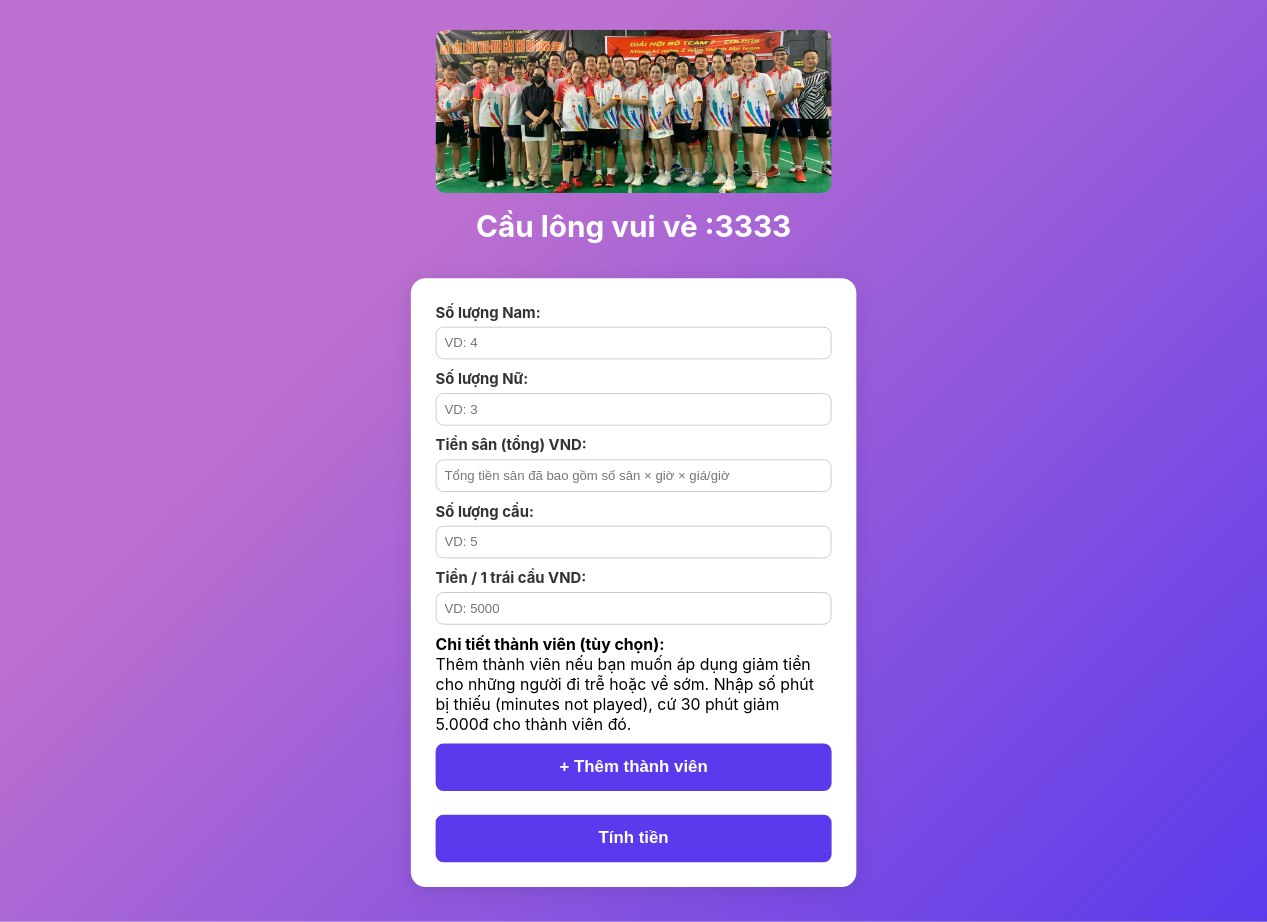
Repository: LuongPTCE181311/Badminton
Page: index.html
The author's editor kept a copy of each file at every save. The page is drawn from the files as they stood at one save, then again after the next save.
The browser window is 1280 px wide. The pictures show the whole page, at 99% of full size.

Above is the page before, as saved 2025-12-09 13:30:40.

### index.html
<!DOCTYPE html>
<html lang="vi">

<head>
    <meta charset="UTF-8" />
    <meta name="viewport" content="width=device-width, initial-scale=1.0" />
    <title>Tính Tiền Sân Cầu Lông</title>
    <link rel="stylesheet" href="assets/css/style.css" />
</head>

<body>
    <div class="hero">
        <img src="assets/images/Caulongvuive.jpg" id="img" class="hero-img" alt="Group" />
        <h1 class="title">Cầu lông vui vẻ :3333</h1>
    </div>

    <div class="container">
        <form id="calcForm" onsubmit="return false;">
            <div class="form-group">
                <label>Số lượng Nam:</label>
                <input type="number" id="men" min="0" placeholder="VD: 4" />
                <span class="error" id="men_err"></span>
            </div>

            <div class="form-group">
                <label>Số lượng Nữ:</label>
                <input type="number" id="women" min="0" placeholder="VD: 3" />
                <span class="error" id="women_err"></span>
            </div>

            <div class="form-group">
                <label>Tiền sân (tổng) VND:</label>
                <input type="number" id="courtTotal" min="0"
                    placeholder="Tổng tiền sân đã bao gồm số sân × giờ × giá/giờ" />
                <span class="error" id="courtTotal_err"></span>
            </div>

            <div class="form-group">
                <label>Số lượng cầu:</label>
                <input type="number" id="shuttleCount" min="0" placeholder="VD: 5" />
                <span class="error" id="shuttleCount_err"></span>
            </div>

            <div class="form-group">
                <label>Tiền / 1 trái cầu VND:</label>
                <input type="number" id="pricePerShuttle" min="0" placeholder="VD: 5000" />
                <span class="error" id="pricePerShuttle_err"></span>
            </div>

            <div class="section">
                <strong>Chi tiết thành viên (tùy chọn):</strong>
                <div class="note">Thêm thành viên nếu bạn muốn áp dụng giảm tiền cho những người đi trễ hoặc về sớm.
                    Nhập số phút bị thiếu (minutes not played), cứ 30 phút giảm 5.000đ cho thành viên đó.</div>
                <div id="memberContainer" class="member-list"></div>
                <button type="button" id="addMemberBtn" class="btn">+ Thêm thành viên</button>
            </div>

            <div style="margin-top:14px;">
                <button type="button" id="calculateBtn" class="btn">Tính tiền</button>
            </div>
        </form>
    </div>

    <!-- Modal -->
    <div id="resultModal" class="modal hidden">
        <div class="modal-overlay"></div>
        <div class="modal-content">
            <button id="closeModal" class="modal-close">×</button>
            <h2>Kết Quả Tính Tiền</h2>
            <div id="result"></div>
            <div style="text-align:right; margin-top:12px;"><button id="closeModalBtn" class="btn">Đóng</button></div>
        </div>
    </div>

    <script src="assets/js/main.js"></script>
</body>

</html>

### assets/css/style.css
* {
  box-sizing: border-box;
}

body {
  margin: 0;
  padding: 10px;
  font-family: -apple-system, BlinkMacSystemFont, "Segoe UI", Roboto,
    "Helvetica Neue", Arial, sans-serif;
  background: linear-gradient(135deg, #bc70cf 30%, #5a3aec 100%);
  min-height: 100vh;
}

.hero {
  text-align: center;
  padding-top: 20px;
  max-width: 100%;
  overflow: hidden;
}

.hero-img {
  width: 100%;
  max-width: 400px;
  height: auto;
  display: block;
  margin: 0 auto 15px auto;
  border-radius: 10px;
  object-fit: cover;
}

.close-btn {
  padding: 12px;
  font-size: 15px;
  border-radius: 10px;
  width: 100%;
  margin-top: 3%;
  background-color: #bd5ad6;
  border: none;
  outline: none;
  color: white;
}

.title {
  font-size: clamp(24px, 5vw, 30px);
  font-weight: bold;
  color: white;
  margin: 10px 0;
  text-shadow: 2px 2px 4px rgba(0, 0, 0, 0 3);
  padding: 0 15px;
}

.container {
  width: calc(100% - 20px);
  max-width: 450px;
  margin: 25px auto;
  background-color: white;
  padding: 25px;
  border-radius: 15px;
  box-shadow: 0 4px 20px rgba(0, 0, 0, 0.1);
}

label {
  font-weight: 700;
  display: block;
  margin-bottom: 5px;
  font-size: 15px;
  color: #333;
}

input {
  width: 100%;
  padding: 8px 8px;
  background: white;
  border-radius: 8px;
  border: 1px solid #ccc;
  transition: 0.3s;
  -webkit-appearance: none;
  appearance: none;
}

input:focus {
  outline: none;
  border-color: #1e88e5;
  box-shadow: 0 0 0 3px rgba(30, 136, 229, 0.1);
}

input.error-border {
  border-color: #e53935 !important;
}

.error {
  font-size: 12px;
  color: #d84747;
  font-weight: 600;
  display: block;
  min-height: 10px;
}

.btn {
  width: 100%;
  padding: 14px;
  background: #5a3aec;
  color: white;
  font-size: 17px;
  font-weight: 600;
  border: none;
  border-radius: 8px;
  cursor: pointer;
  transition: background 0.3s, transform 0.1s;
  margin-top: 10px;
}

.btn:hover {
  background: #3c22b3;
}

.btn:active {
  transform: scale(0.98);
}

.modal {
  position: fixed;
  inset: 0;
  background: rgba(0, 0, 0, 0.5);
  display: flex;
  justify-content: center;
  align-items: center;
  z-index: 1000;
  padding: 20px;
}

.hidden {
  display: none !important;
}

.modal-content {
  background: white;
  padding: 25px;
  width: calc(100% - 40px);
  max-width: 400px;
  border-radius: 15px;
  text-align: left;
  box-shadow: 0 4px 15px rgba(0, 0, 0, 0.2);
  max-height: 90vh;
  overflow-y: auto;
}

.modal-content h2 {
  margin-top: 0;
  margin-bottom: 20px;
  text-align: center;
  color: #333;
  font-size: clamp(20px, 4vw, 24px);
}

#result {
  line-height: 1.8;
  font-size: 14px;
  color: #555;
}

#result b {
  color: #333;
}

. close-btn {
  margin-top: 20px;
  background: #e53935;
  color: white;
  padding: 12px;
  width: 100%;
  border: none;
  border-radius: 8px;
  cursor: pointer;
  font-size: 16px;
  font-weight: 600;
  transition: background 0.3s, transform 0.1s;
}

.close-btn:hover {
  background: #d32f2f;
}

. close-btn:active {
  transform: scale(0.98);
}

/* Tablet devices */
@media screen and (max-width: 768px) {
  body {
    padding: 10px;
  }

  . container {
    width: calc(100% - 20px);
    margin: 20px auto;
    padding: 20px;
  }

  . hero {
    padding: 15px 0;
  }

  .hero-img {
    max-width: 350px;
  }
}

/* Mobile devices */
@media screen and (max-width: 480px) {
  body {
    padding: 10px;
  }

  .container {
    width: calc(100% - 20px);
    margin: 0 auto;
    padding: 20px 15px;
    border-radius: 12px;
  }

  .hero {
    padding: 5px 0;
  }

  .hero-img {
    max-width: 100%;
    width: calc(100% - 20px);
    margin: 0 auto 10px auto;
  }

  .title {
    font-size: 22px;
    padding: 0 10px;
  }

  .error {
    font-size: 12px;
    color: #d84747;
    font-weight: 600;
    display: block;
    margin-top: 5px;
    min-height: 10px;
  }

  label {
    font-size: 14px;
  }

  input {
    width: 100%;
    padding: 9px;
    background: rgba(255, 255, 255, 0.6) !important;
    border-radius: 8px;
    border: 1px solid #ccc;
    transition: 0.3s;
    -webkit-appearance: none;
    appearance: none;
  }

  .btn {
    padding: 14px;
    font-size: 16px;
  }

  . modal {
    padding: 15px;
  }

  .modal-content {
    width: calc(100% - 30px);
    padding: 20px;
    border-radius: 12px;
  }

  .modal-content h2 {
    font-size: 20px;
    margin-bottom: 15px;
  }

  #result {
    font-size: 13px;
    line-height: 1.7;
  }

  .close-btn {
    padding: 12px;
    font-size: 15px;
    border-radius: 10px;
    width: 100%;
    margin-top: 3%;
    background-color: #bd5ad6;
    border: none;
    outline: none;
    color: white;
  }
}

/* Very small mobile devices */
@media screen and (max-width: 360px) {
  body {
    padding: 8px;
  }

  . container {
    width: calc(100% - 16px);
    padding: 15px 12px;
  }

  . title {
    font-size: 22px;
  }

  . hero-img {
    width: calc(100% - 16px);
  }

  input {
    width: 100%;
    padding: 12px;
    background: rgba(255, 255, 255, 0.6) !important;
    border-radius: 8px;
    border: 1px solid #ccc;
    transition: 0.3s;
    -webkit-appearance: none;
    appearance: none;
  }

  .btn {
    padding: 12px;
    font-size: 15px;
  }

  .modal-content {
    width: calc(100% - 24px);
    padding: 15px;
  }

  #result {
    font-size: 12px;
  }
}

/* Landscape orientation on mobile */
@media screen and (max-height: 600px) and (orientation: landscape) {
  body {
    padding: 5px;
  }

  . hero {
    padding: 5px 0;
  }

  .hero-img {
    max-width: 200px;
    max-height: 120px;
    margin-bottom: 5px;
  }

  .title {
    font-size: 18px;
    margin: 5px 0;
  }

  .container {
    margin: 10px auto;
    width: calc(100% - 10px);
    max-width: 600px;
  }

  . modal-content {
    max-height: 85vh;
  }
}

### assets/js/main.js
// ====== VALIDATE ======
function setError(id, msg) {
  const el = document.getElementById(id + "_err");
  if (el) el.innerText = msg;
}
function clearError(id) {
  const el = document.getElementById(id + "_err");
  if (el) el.innerText = "";
}
function validateField(id) {
  const el = document.getElementById(id);
  if (!el) return true;
  const value = el.value.trim();
  switch (id) {
    case "men":
    case "women":
      if (value === "" || isNaN(value) || parseInt(value) < 0) {
        setError(id, "Giá trị phải ≥ 0");
        return false;
      }
      const men = parseInt(document.getElementById("men").value) || 0;
      const women = parseInt(document.getElementById("women").value) || 0;
      if (men === 0 && women === 0) {
        setError(id, "Nam + Nữ phải ≥ 1");
        return false;
      }
      break;

    case "courtTotal":
      if (value === "" || isNaN(value) || parseInt(value) < 0) {
        setError(id, "Tiền sân phải ≥ 0");
        return false;
      }
      break;

    case "shuttleCount":
      if (value === "" || isNaN(value) || parseInt(value) < 0) {
        setError(id, "Số lượng cầu phải ≥ 0");
        return false;
      }
      break;

    case "pricePerShuttle":
      if (value === "" || isNaN(value) || parseInt(value) < 0) {
        setError(id, "Tiền 1 trái cầu phải ≥ 0");
        return false;
      }
      break;

    default:
      break;
  }
  clearError(id);
  return true;
}

["men", "women", "courtTotal", "shuttleCount", "pricePerShuttle"].forEach(
  (id) => {
    const el = document.getElementById(id);
    if (!el) return;
    el.addEventListener("input", () => {
      validateField(id);
      if (id === "men" || id === "women") {
        const otherId = id === "men" ? "women" : "men";
        validateField(otherId);
      }
    });
  }
);

// ====== UTILS ======
function roundUpToThousand(num) {
  return Math.ceil(num / 1000) * 1000;
}

// ====== TỐI ƯU CHIA (CHÊNH LỆCH MẶC ĐỊNH 5k) ======
function findOptimalSplit(total, men, women) {
  const targetDiff = 5000; // 5k
  let perWomanRaw = (total - targetDiff * men) / (men + women);
  let perWoman = roundUpToThousand(perWomanRaw);
  let perMan = roundUpToThousand(perWoman + targetDiff);
  if (perMan - perWoman < targetDiff) {
    perMan = perWoman + targetDiff;
    perMan = roundUpToThousand(perMan);
  }
  let actualTotal = perMan * men + perWoman * women;
  while (actualTotal < total) {
    perWoman += 1000;
    perMan = perWoman + targetDiff;
    perWoman = roundUpToThousand(perWoman);
    perMan = roundUpToThousand(perMan);
    actualTotal = perMan * men + perWoman * women;
    if (perWoman > total + 1000000) break;
  }
  return {
    perMan: perMan,
    perWoman: perWoman,
    actualTotal: actualTotal,
    genderDiff: perMan - perWoman,
  };
}

// ====== MEMBER UI ======
let memberIdCounter = 0;
const memberContainer = document.getElementById("memberContainer");
document.getElementById("addMemberBtn").addEventListener("click", addMemberRow);
function addMemberRow(init = {}) {
  memberIdCounter++;
  const id = "member_" + memberIdCounter;
  const row = document.createElement("div");
  row.className = "member-row";
  row.id = id;
  row.innerHTML = `\n    <input class="small" type="text" placeholder="Tên (tùy chọn)" data-field="name" />\n    <select data-field="gender">\n      <option value="man">Nam</option>\n      <option value="woman">Nữ</option>\n    </select>\n    <input class="small" type="number" min="0" step="1" placeholder="Phút thiếu" data-field="minutes" />\n    <button type="button" class="remove-btn" title="Xóa">X</button>\n  `;
  memberContainer.appendChild(row);
  const btn = row.querySelector(".remove-btn");
  btn.addEventListener("click", () => row.remove());
  if (init.name) row.querySelector('[data-field="name"]').value = init.name;
  if (init.gender)
    row.querySelector('[data-field="gender"]').value = init.gender;
  if (init.minutes !== undefined)
    row.querySelector('[data-field="minutes"]').value = init.minutes;
}

// ====== MODAL HELPERS ======
function openModal() {
  document.getElementById("resultModal").classList.remove("hidden");
}
function closeModal() {
  document.getElementById("resultModal").classList.add("hidden");
}
document.getElementById("closeModal").addEventListener("click", closeModal);
document.getElementById("closeModalBtn").addEventListener("click", closeModal);

// ====== CALCULATE ======
document.getElementById("calculateBtn").addEventListener("click", function () {
  let ok = true;
  const ids = ["men", "women", "courtTotal", "shuttleCount", "pricePerShuttle"];
  ids.forEach((id) => {
    if (!validateField(id)) ok = false;
  });
  if (!ok) return;

  const men = parseInt(document.getElementById("men").value) || 0;
  const women = parseInt(document.getElementById("women").value) || 0;
  const courtTotal = parseInt(document.getElementById("courtTotal").value) || 0;
  const scount = parseInt(document.getElementById("shuttleCount").value) || 0;
  const pShut = parseInt(document.getElementById("pricePerShuttle").value) || 0;
  const shuttleCost = scount * pShut;
  const totalProjected = courtTotal + shuttleCost;

  let perMan = 0,
    perWoman = 0,
    actualTotal = 0;
  if (men > 0 && women > 0) {
    const solution = findOptimalSplit(totalProjected, men, women);
    perMan = solution.perMan;
    perWoman = solution.perWoman;
    actualTotal = solution.actualTotal;
  } else if (men > 0) {
    perMan = roundUpToThousand(totalProjected / men);
    actualTotal = perMan * men;
  } else {
    perWoman = roundUpToThousand(totalProjected / women);
    actualTotal = perWoman * women;
  }

  const memberRows = Array.from(
    memberContainer.querySelectorAll(".member-row")
  );
  const members = memberRows.map((r) => ({
    name: r.querySelector('[data-field="name"]').value || "",
    gender: r.querySelector('[data-field="gender"]').value,
    minutes: parseInt(r.querySelector('[data-field="minutes"]').value) || 0,
  }));

  let menRemaining = men;
  let womenRemaining = women;
  let adjustedTotal = 0;
  const memberResults = [];
  members.forEach((m) => {
    let base = m.gender === "man" ? perMan : perWoman;
    const steps = Math.floor(m.minutes / 30);
    const reduction = steps * 5000;
    const adjusted = Math.max(0, base - reduction);
    memberResults.push({
      name: m.name,
      gender: m.gender,
      base,
      minutes: m.minutes,
      reduction,
      adjusted,
    });
    adjustedTotal += adjusted;
    if (m.gender === "man") menRemaining--;
    else womenRemaining--;
  });

  adjustedTotal += menRemaining > 0 ? menRemaining * perMan : 0;
  adjustedTotal += womenRemaining > 0 ? womenRemaining * perWoman : 0;

  // Build modal content (remove "Tổng chia theo Nam/Nữ (sau làm tròn)" và "Danh sách thanh toán")
  let html = `<b>Chi tiết chi phí:</b><br>`;
  html += `• Tiền sân (tổng): ${courtTotal.toLocaleString("vi-VN")} VND<br>`;
  html += `• Tiền cầu: ${scount} × ${pShut.toLocaleString(
    "vi-VN"
  )}đ = ${shuttleCost.toLocaleString("vi-VN")} VND<br><br>`;
  html += `<b>Tổng dự kiến:</b> ${totalProjected.toLocaleString(
    "vi-VN"
  )} VND<br>`;
  html += `<b>Tiền mỗi Nam (base):</b> ${perMan.toLocaleString(
    "vi-VN"
  )} đ (x${men})<br>`;
  html += `<b>Tiền mỗi Nữ (base):</b> ${perWoman.toLocaleString(
    "vi-VN"
  )} đ (x${women})<br>`;
  html += `<b>Chênh lệch Nam/Nữ (base):</b> ${(
    perMan - perWoman
  ).toLocaleString("vi-VN")} đ<br><br>`;

  if (memberResults.length > 0) {
    html += `<b>Điều chỉnh cá nhân (giảm 5k/30 phút):</b><br>`;
    memberResults.forEach((m) => {
      html += `• ${
        m.name || (m.gender === "man" ? "Nam" : "Nữ")
      }: base ${m.base.toLocaleString("vi-VN")}đ, -${m.reduction.toLocaleString(
        "vi-VN"
      )}đ (tương đương ${m.minutes} phút) → ${m.adjusted.toLocaleString(
        "vi-VN"
      )}đ<br>`;
    });
    html += `<br>`;
  }

  html += `<b>Tổng thực thu sau điều chỉnh cá nhân:</b> ${adjustedTotal.toLocaleString(
    "vi-VN"
  )} VND<br>`;
  const diff = adjustedTotal - totalProjected;
  const diffLabel =
    diff >= 0
      ? `+${diff.toLocaleString("vi-VN")}`
      : `${diff.toLocaleString("vi-VN")}`;
  html += `<b>Chênh lệch so với dự kiến:</b> ${diffLabel} VND<br>`;

  document.getElementById("result").innerHTML = html;
  openModal();
});

After the next save:
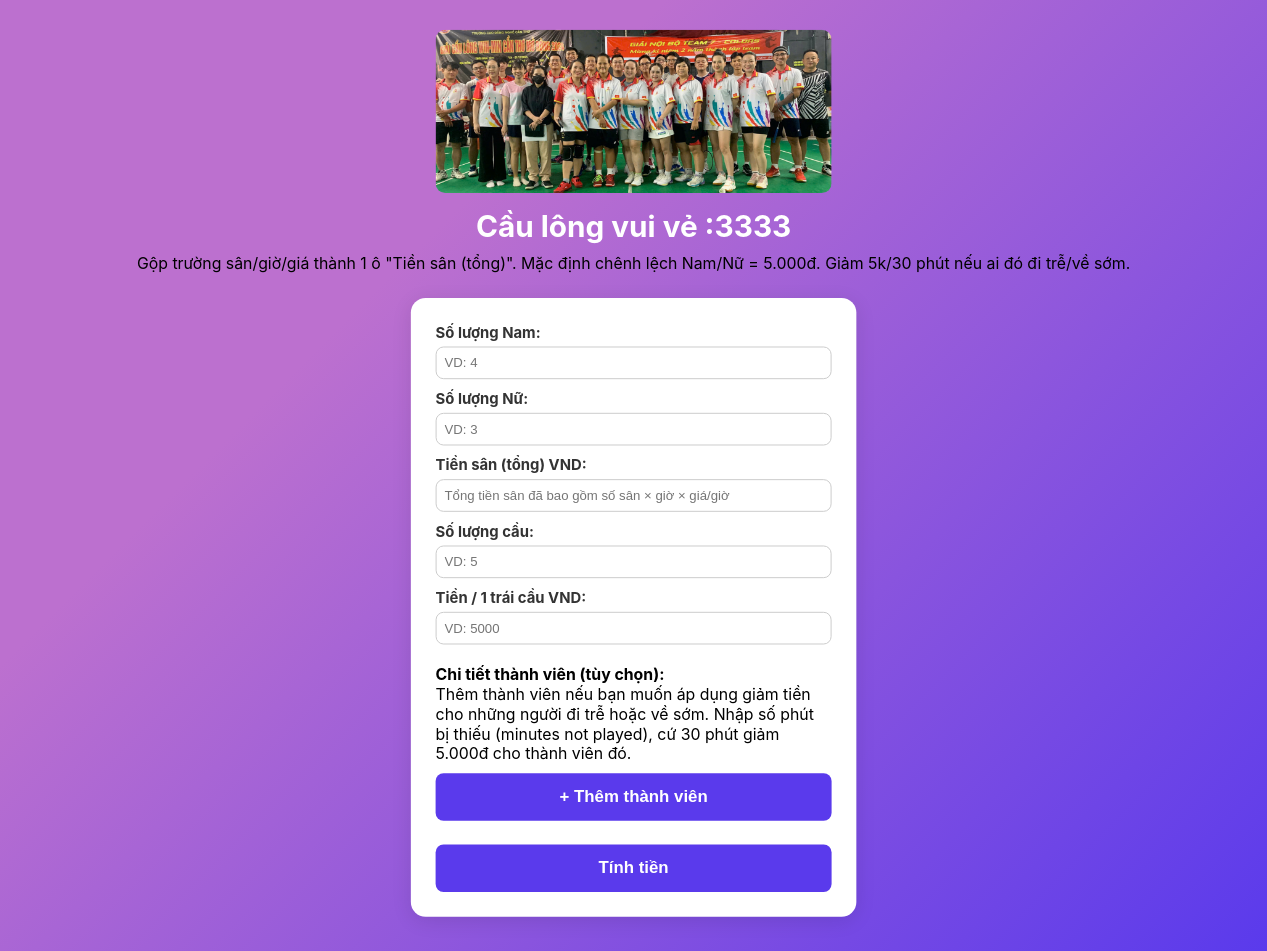
Console error: TypeError: Cannot read properties of null (reading 'addEventListener')
Saved 6 min 17 s later.
--- a/index.html
+++ b/index.html
@@ -12,6 +12,8 @@
     <div class="hero">
         <img src="assets/images/Caulongvuive.jpg" id="img" class="hero-img" alt="Group" />
         <h1 class="title">Cầu lông vui vẻ :3333</h1>
+        <div class="note">Gộp trường sân/giờ/giá thành 1 ô "Tiền sân (tổng)". Mặc định chênh lệch Nam/Nữ = 5.000đ. Giảm
+            5k/30 phút nếu ai đó đi trễ/về sớm.</div>
     </div>
 
     <div class="container">
@@ -47,7 +49,7 @@
                 <span class="error" id="pricePerShuttle_err"></span>
             </div>
 
-            <div class="section">
+            <div style="margin-top:10px;">
                 <strong>Chi tiết thành viên (tùy chọn):</strong>
                 <div class="note">Thêm thành viên nếu bạn muốn áp dụng giảm tiền cho những người đi trễ hoặc về sớm.
                     Nhập số phút bị thiếu (minutes not played), cứ 30 phút giảm 5.000đ cho thành viên đó.</div>
@@ -56,20 +58,19 @@
             </div>
 
             <div style="margin-top:14px;">
-                <button type="button" id="calculateBtn" class="btn">Tính tiền</button>
+                <button type="button" id="calculateBtn" class="btn primary">Tính tiền</button>
             </div>
         </form>
-    </div>
 
-    <!-- Modal -->
-    <div id="resultModal" class="modal hidden">
-        <div class="modal-overlay"></div>
-        <div class="modal-content">
-            <button id="closeModal" class="modal-close">×</button>
-            <h2>Kết Quả Tính Tiền</h2>
-            <div id="result"></div>
-            <div style="text-align:right; margin-top:12px;"><button id="closeModalBtn" class="btn">Đóng</button></div>
+        <div id="resultModal" class="modal hidden">
+            <div class="modal-box">
+                <button id="closeModal" class="modal-close">✕</button>
+                <h2>Kết Quả Tính Tiền</h2>
+                <div id="resultContent"></div>
+                <button id="closeModalBottom" class="btn primary block">Đóng</button>
+            </div>
         </div>
+
     </div>
 
     <script src="assets/js/main.js"></script>
